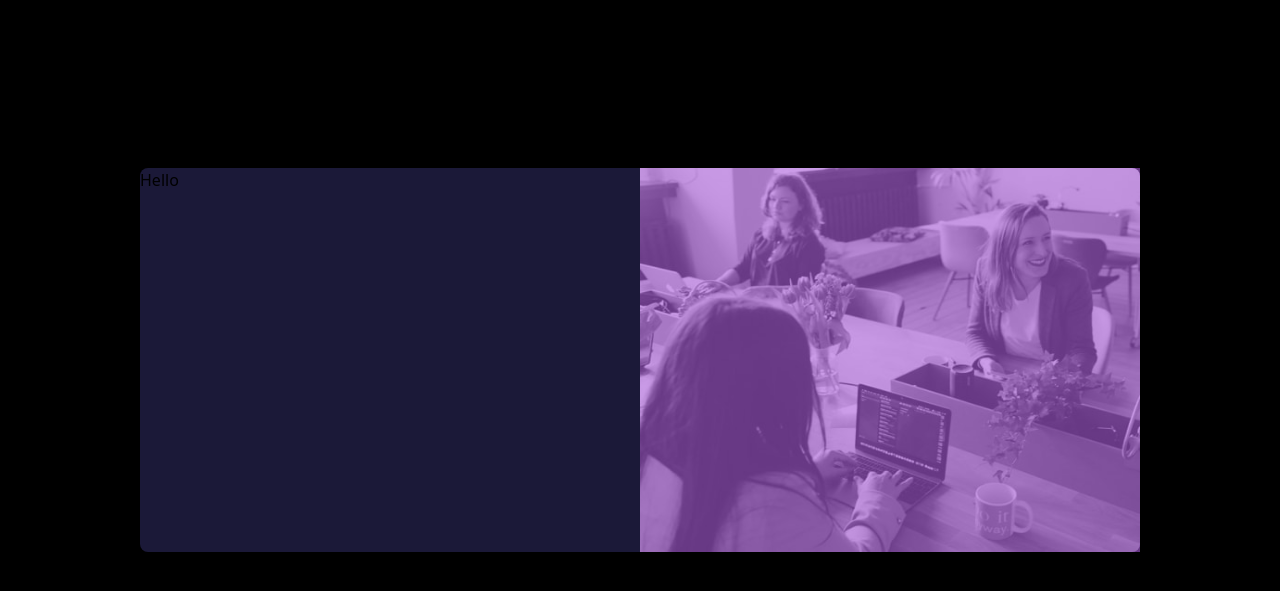
Repository: BerlinWebDev/FrontendMaster_PreviewMentor
Page: /
The author's editor kept a copy of each file at every save. The page is drawn from the files as they stood at one save, then again after the next save.
The browser window is 1280 px wide. The pictures show the whole page.
The project was rebuilt for these pictures with package versions that can differ from the ones it lists, and the page was loaded fresh each time.

Above is the page before, as saved 2023-11-11 18:49:02.

After the next save:
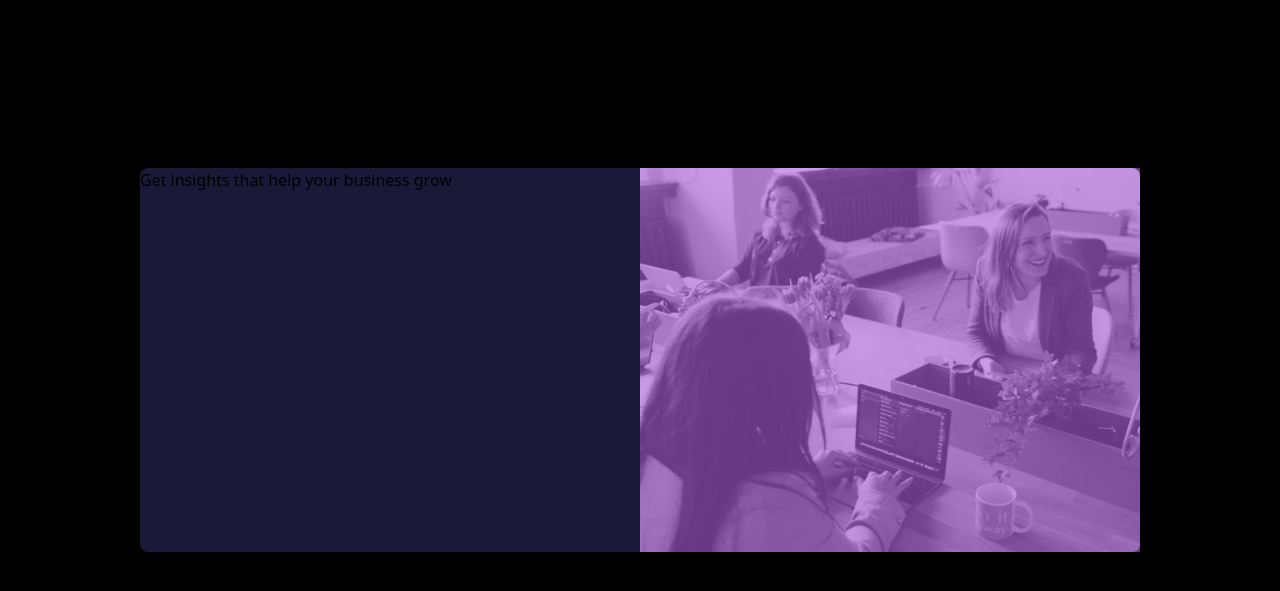
Saved 12 min 26 s later.
--- a/src/App.js
+++ b/src/App.js
@@ -10,7 +10,9 @@ function App() {
       </header>
       <main className="flex min-h-screen flex-col items-center justify-center bg-black">
         <div className="flex h-96 w-[1000px] rounded-lg bg-[#1b1938]">
-          <aside className="w-1/2  rounded-l-lg">Hello</aside>
+          <aside className="w-1/2  rounded-l-lg">
+            <div>Get insights that help your business grow</div>
+          </aside>
           <aside className="w-1/2  rounded-lg relative">
             <div className="absolute inset-0 bg-[#aa5cdb] opacity-60"></div>
             <img
